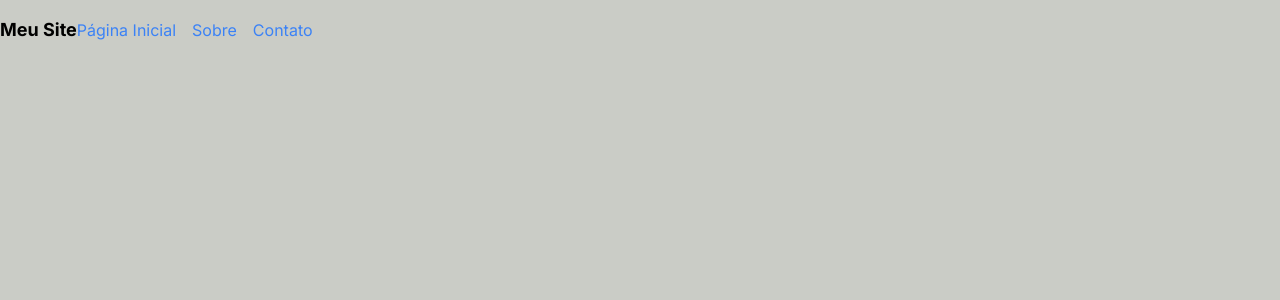
Repository: Deyvid-Kasteh/kasteh_portfolio
Page: /
The author's editor kept a copy of each file at every save. The page is drawn from the files as they stood at one save, then again after a run of saves.
The browser window is 1280 px wide. The pictures show the whole page.
The project was rebuilt for these pictures with package versions that can differ from the ones it lists, and the page was loaded fresh each time. The framework's server and built-in components were replaced by stand-ins that run in the browser. Also part of the build but not shown: next.config.mjs.

Above is the page before, as saved 2024-03-24 01:52:16.

After the next 2 saves:
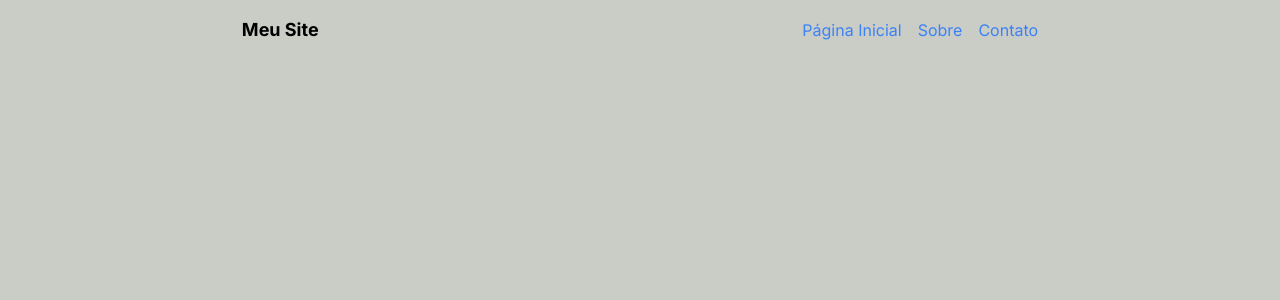
The 2 saves are shown as one change because they came seconds apart.
The last was saved 10 s later.
--- a/src/app/components/header.tsx
+++ b/src/app/components/header.tsx
@@ -2,7 +2,7 @@ import React from "react";
 
 const Header: React.FC = () => {
   return (
-    <header className="flex justify- items-center py-4">
+    <header className="flex justify-around items-center py-4">
       <h1 className="text-lg font-bold">Meu Site</h1>
       <nav>
         <ul className="flex space-x-4">
